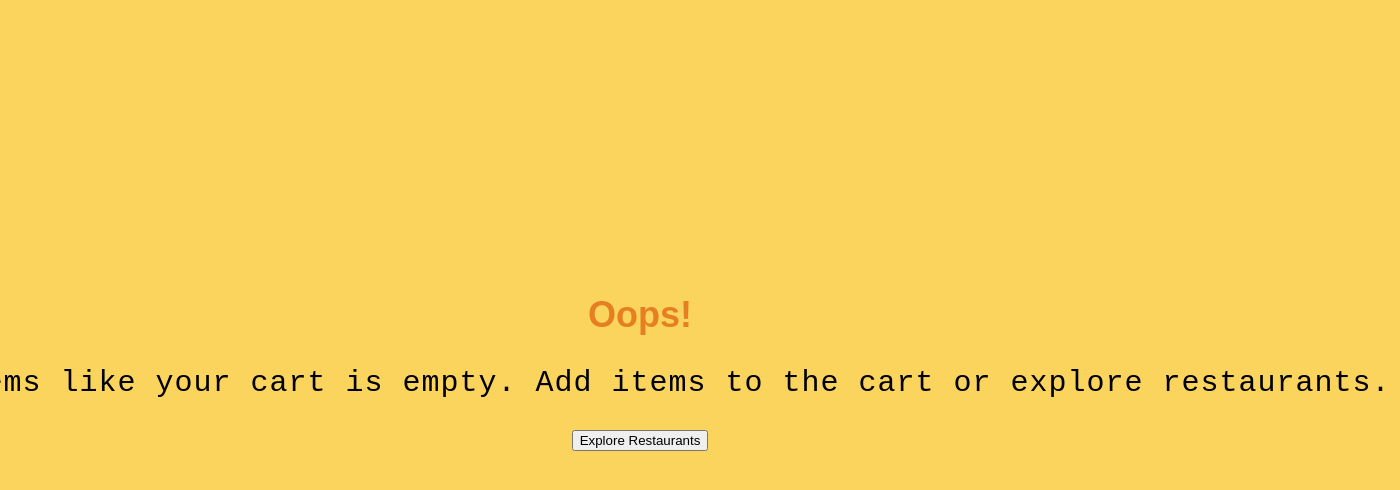
Repository: SWATHIBHUMA/FoodDelivaryApp
Page: http://localhost/FoodDelivaryApp/errorPage.jsp
These files come from the project's save history. The page is drawn as it stood at one moment and after the next save; the edit follows.
The browser window is 1280 px wide. The page is 1400 px wide, so the pictures cover 1400 px, including what lies to the right of the window. The pictures show the whole page.
The page is served by Tomcat 9.

Above is the page before, as saved 2024-01-14 12:18:20.

After the next save:
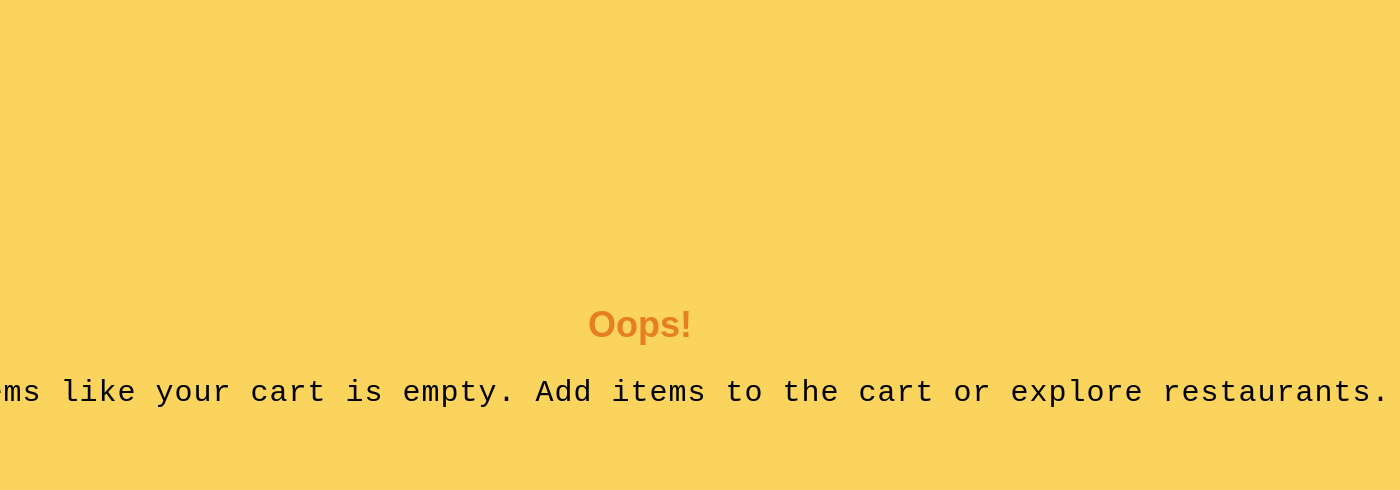
Saved 61 s later.
--- a/FoodDelivaryApp/src/main/webapp/errorPage.jsp
+++ b/FoodDelivaryApp/src/main/webapp/errorPage.jsp
@@ -100,7 +100,6 @@ button.back-to-restaurants-btn:hover {
     <div class="container">
         <h1>Oops!</h1>
         <p class="text">It seems like your cart is empty. Add items to the cart or explore restaurants.</p>
-        <button onclick="window.location.href='<%= request.getContextPath() %>/Restaurents'" class="back-to-restaurants-btn">Explore Restaurants</button>
     </div>
 </body>
 </html>
